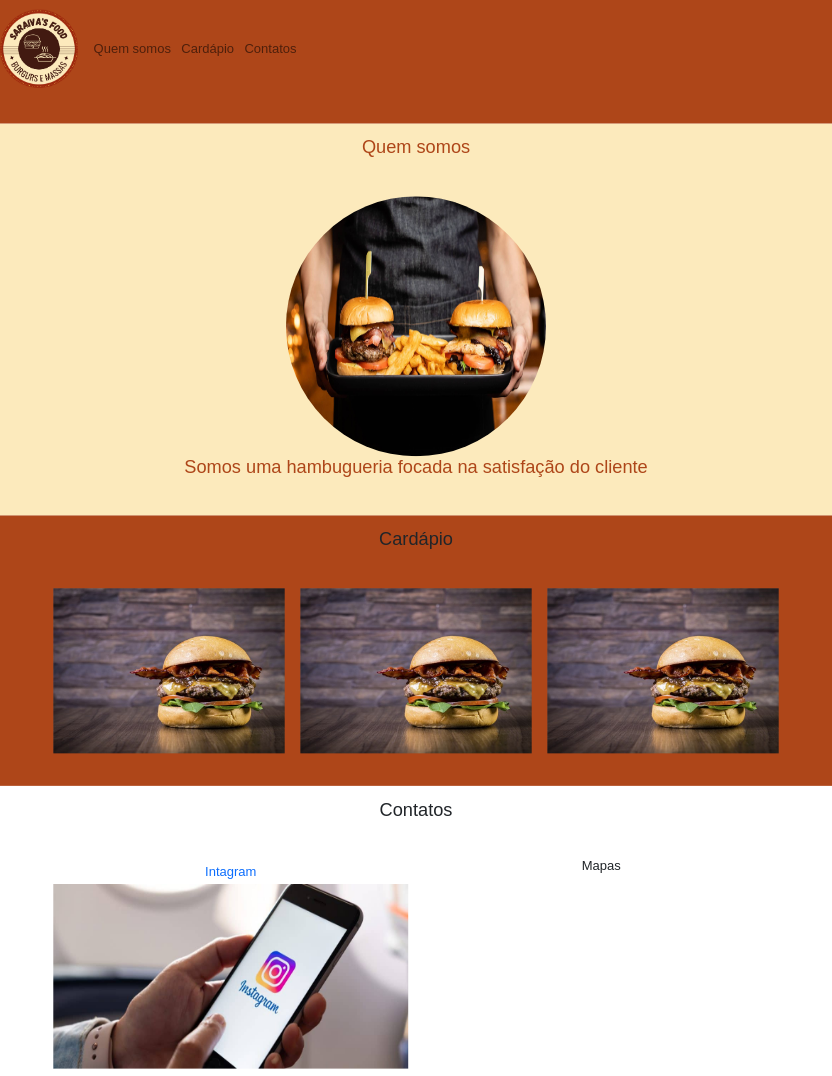
Repository: Tuanemendes/curso_bootstrap
Page: projeto1/index.html
The author's editor kept a copy of each file at every save. The page is drawn from the files as they stood at one save, then again after the next save.
The browser window is 1280 px wide. The pictures show the whole page, at 65% of full size.
Pictures or frames that could not be fetched are drawn as grey boxes.

Above is the page before, as saved 2022-04-04 17:46:55.

After the next save:
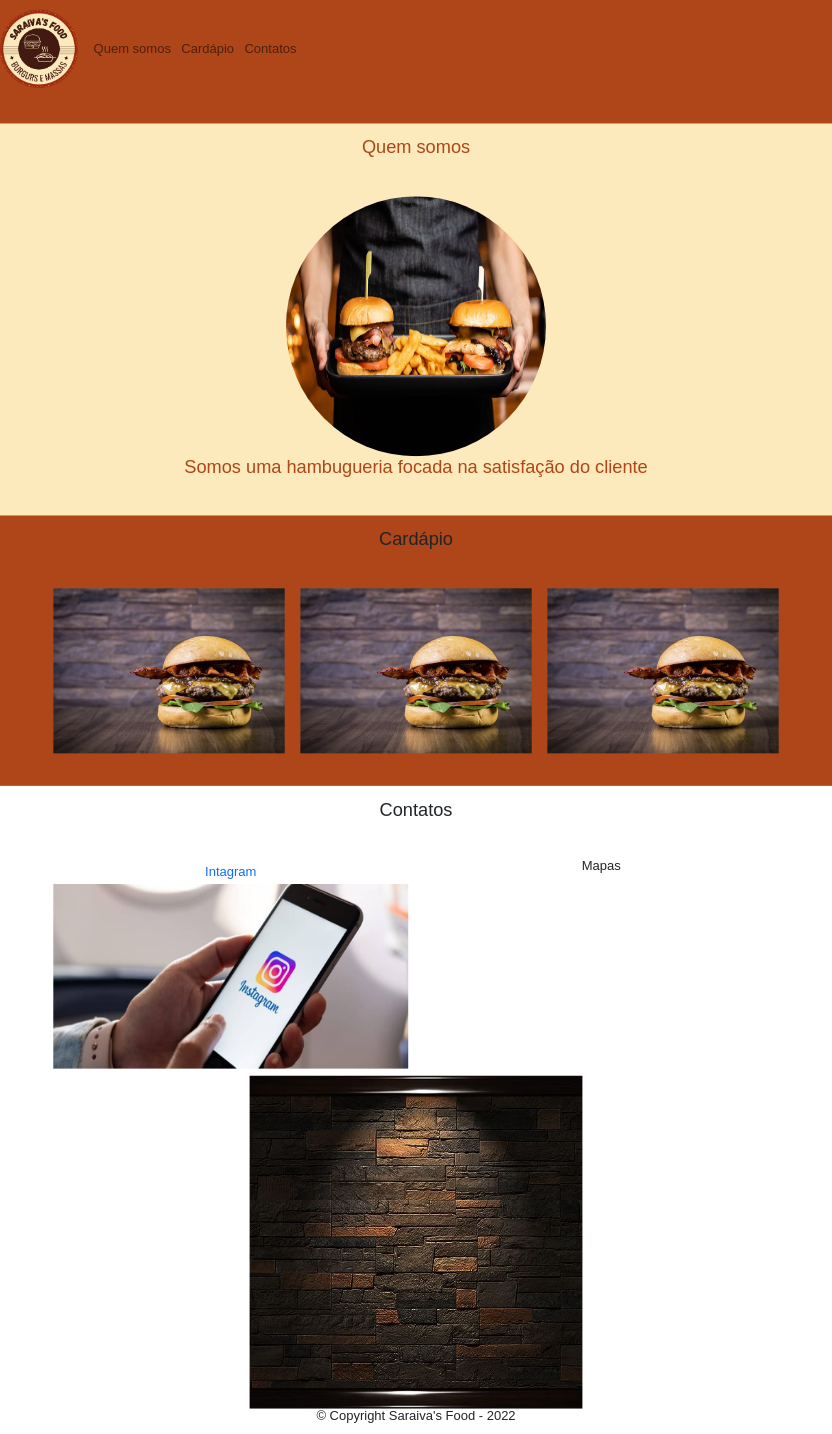
Saved 5 min 8 s later.
--- a/projeto1/index.html
+++ b/projeto1/index.html
@@ -76,6 +76,11 @@
         </div>
     </section>
 
+    <footer class="container-fluid text-center">
+        <img src="/img/27cc887a3ec0d44abc315f40abb07257.jpg" alt="">
+        <p> © Copyright Saraiva's Food - 2022</p>
+    </footer>
+
 </body>
 
 </html>
